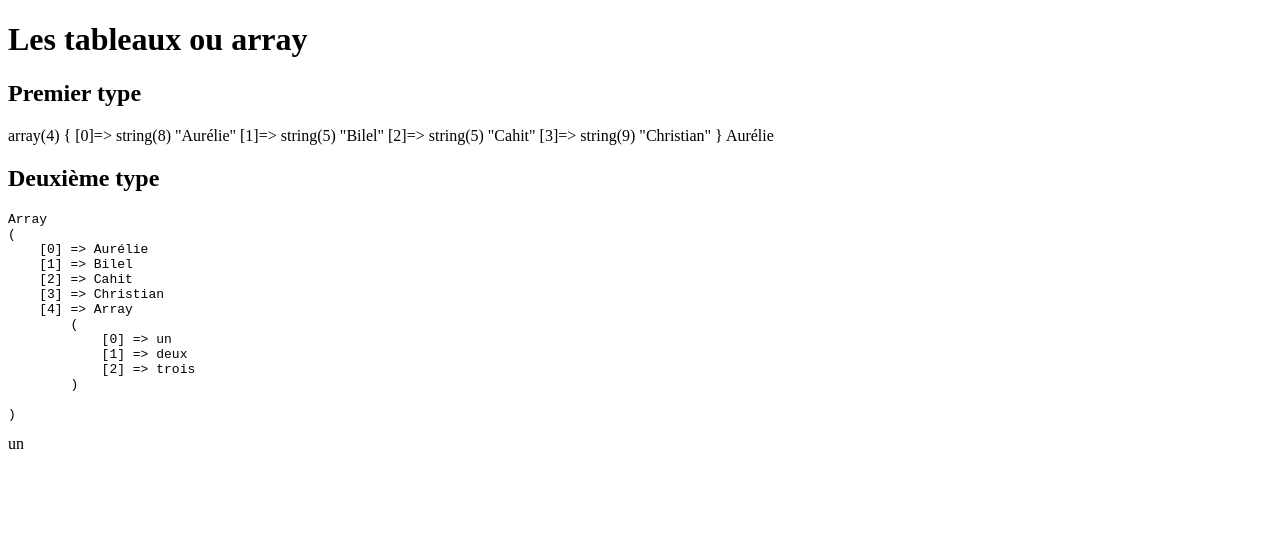
Repository: QuentinFayt/base-php-2021
Page: http://localhost/les_arrays.php
These files come from the project's save history. The page is drawn as it stood at one moment and after the next save; the edit follows.
The browser window is 1280 px wide. The pictures show the whole page.
The page is run by PHP 8.4 with error messages shown; the project is at /var/www/html/.

Above is the page before, as saved 2021-07-07 11:41:50.

### les_arrays.php
<!DOCTYPE html>
<html lang="en">
<head>
    <meta charset="UTF-8">
    <meta http-equiv="X-UA-Compatible" content="IE=edge">
    <meta name="viewport" content="width=device-width, initial-scale=1.0">
    <title>Les array</title>
</head>
<body>
    <h1>Les tableaux ou array</h1>
    <h2>Premier type</h2>
    <?php
        $eleves = array(
            "Aurélie",
            "Bilel",
            "Cahit",
            "Christian",
        );

        var_dump($eleves);

        echo $eleves[0];
    ?>
    <h2>Deuxième type</h2>
    <?php
        $eleves2 = [
            "Aurélie",
            "Bilel",
            "Cahit",
            "Christian",
                [
                    "un",
                    "deux",
                    "trois",
                ]
        ];
        echo "<pre>";
        print_r($eleves2);
        echo "</pre>";
        echo $eleves2[4][0];

    ?>
</body>
</html>

After the next save:
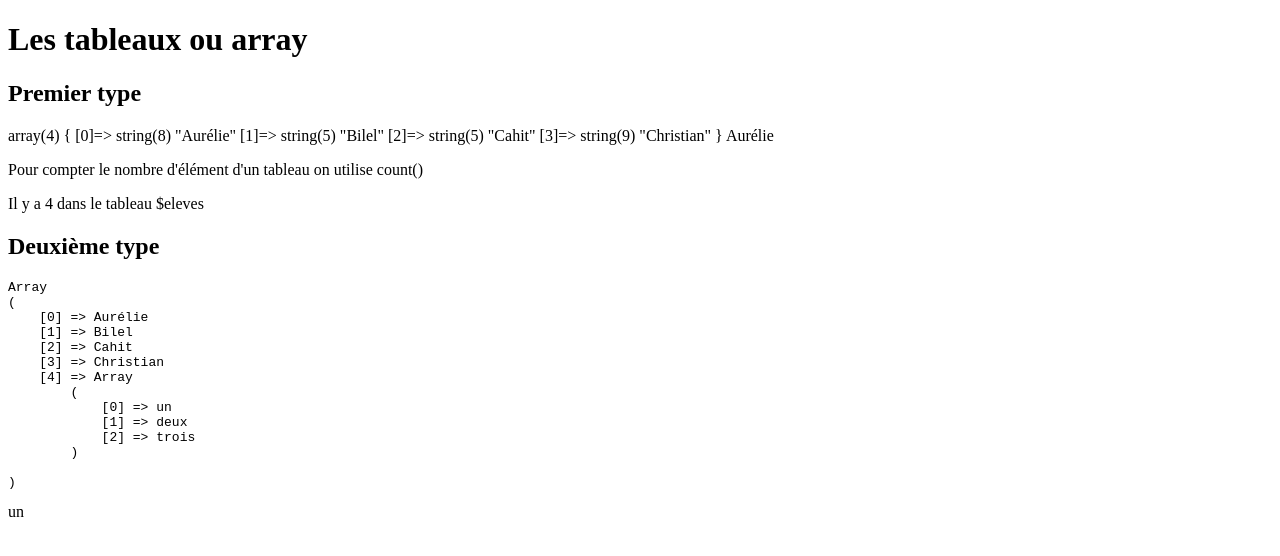
Saved 9 min 26 s later.
--- a/les_arrays.php
+++ b/les_arrays.php
@@ -20,6 +20,13 @@
         var_dump($eleves);
 
         echo $eleves[0];
+
+        echo "<p> Pour compter le nombre d'élément d'un tableau on utilise count()</p>";
+
+        $nbEleve = count($eleves);
+
+        echo "Il y a ".$nbEleve.' dans le tableau $eleves';
+
     ?>
     <h2>Deuxième type</h2>
     <?php
@@ -38,7 +45,6 @@
         print_r($eleves2);
         echo "</pre>";
         echo $eleves2[4][0];
-
     ?>
 </body>
 </html>
